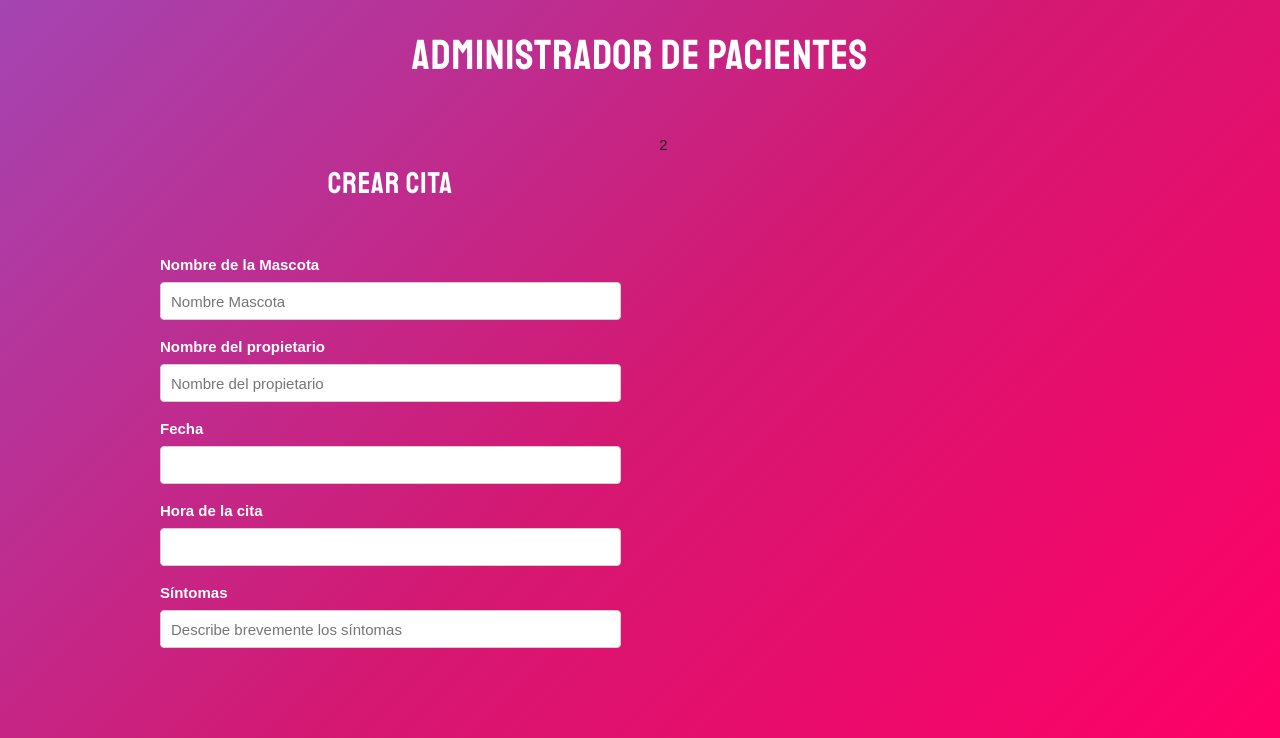
Repository: lmencos/pacientes
Page: /
These files come from the project's save history. The page is drawn as it stood at one moment and after the next save; the edit follows.
The browser window is 1280 px wide. The pictures show the whole page.
The project was rebuilt for these pictures with package versions that can differ from the ones it lists, and the page was loaded fresh each time.

Above is the page before, as saved 2020-08-10 17:49:54.

### src/index.css
html {
  min-height: 100%;
}
body {
  margin: 0;
  padding: 0;
  font-family: sans-serif;
  background-image: linear-gradient(-225deg, #A445B2 0%, #D41872 52%, #FF0066 100%);
  min-height: 100%;
  padding-bottom: 5rem;
}
h1, h2, h3, h4  {
  color: white;
  padding: 3rem 0;
  text-align: center;

  text-transform: uppercase;

  font-family: 'Staatliches', cursive;
  letter-spacing: 1px;
}
.lista-citas .media {
  border-bottom: 1px solid #e1e1e1;
  padding-bottom: 3rem;
}

.lista-citas .media:last-of-type{
  border-bottom: 0;
}
.lista-citas .media-body p {
  margin:0;
}
.lista-citas .media-body button {
  margin-top: 1rem!important;
}
.lista-citas .media-body span {
  font-weight: bold;
}

label {
  color: white;
}

input[type="date"],
input[type="time"] {
  height: 38px;
    padding: 6px 10px;
    background-color: #fff;
    border: 1px solid #D1D1D1;
    border-radius: 4px;
    box-shadow: none;
    box-sizing: border-box;
}

.cita {
  padding: 2rem;
  background: white;
  border-bottom: 1px solid #e1e1e1;
  color: black;
}

.cita p {
  font-weight: bold;
  margin-bottom: .8rem;
}
.cita p span {
  font-weight: normal;

}
.cita:first-of-type {
  border-top-left-radius: 1rem;
  border-top-right-radius: 1rem;
}
.cita:last-of-type {
  border-bottom-left-radius: 1rem;
  border-bottom-right-radius: 1rem;
}
.button.eliminar,
.button.eliminar:hover {
  background-color: #c10059;
  color: white;
  margin-top: 2rem;
}

.alerta-error {
  background-color: white;
  color: red;
  padding: 1rem;
  font-size: 2rem;
  text-transform: uppercase;
  text-align: center;
  font-family:  'Staatliches', cursive;
}

### src/App.js
import React, { Fragment } from 'react';
import Formulario from './components/Formulario';

function App() {
  return (
    <Fragment>
      <h2>Administrador de pacientes</h2>
      <div className="container">
        <div className="row">
          <div>
            <div className="one-half column">
              <Formulario

              />
            </div>
            <div className="one-half column">
              2
            </div>
          </div>
        </div>

      </div>
    </Fragment>
  );
}

export default App;

### src/components/Formulario.js
import React, { Fragment } from 'react';

const Formulario = () => {
  return (
    <Fragment>
      <h4>Crear cita</h4>
      <form action="">
        <label>Nombre de la Mascota</label>
        <input
          type="text"
          name="mascota"
          className="u-full-width"
          placeholder="Nombre Mascota"
        />
        <label>Nombre del propietario</label>
        <input
          type="text"
          name="propietario"
          className="u-full-width"
          placeholder="Nombre del propietario"
        />
        <label>Fecha</label>
        <input
          type="text"
          name="fecha"
          className="u-full-width"
        />
        <label>Hora de la cita</label>
        <input
          type="text"
          name="hora"
          className="u-full-width"
        />
        <label>Síntomas</label>
        <input
          type="text"
          name="sintomas"
          className="u-full-width"
          placeholder="Describe brevemente los síntomas"
        />
      </form>
    </Fragment>
   );
}

export default Formulario;

Loaded but not shown: public/index.html (common file); src/index.js (common file); src/serviceWorker.js (common file)

After the next save:
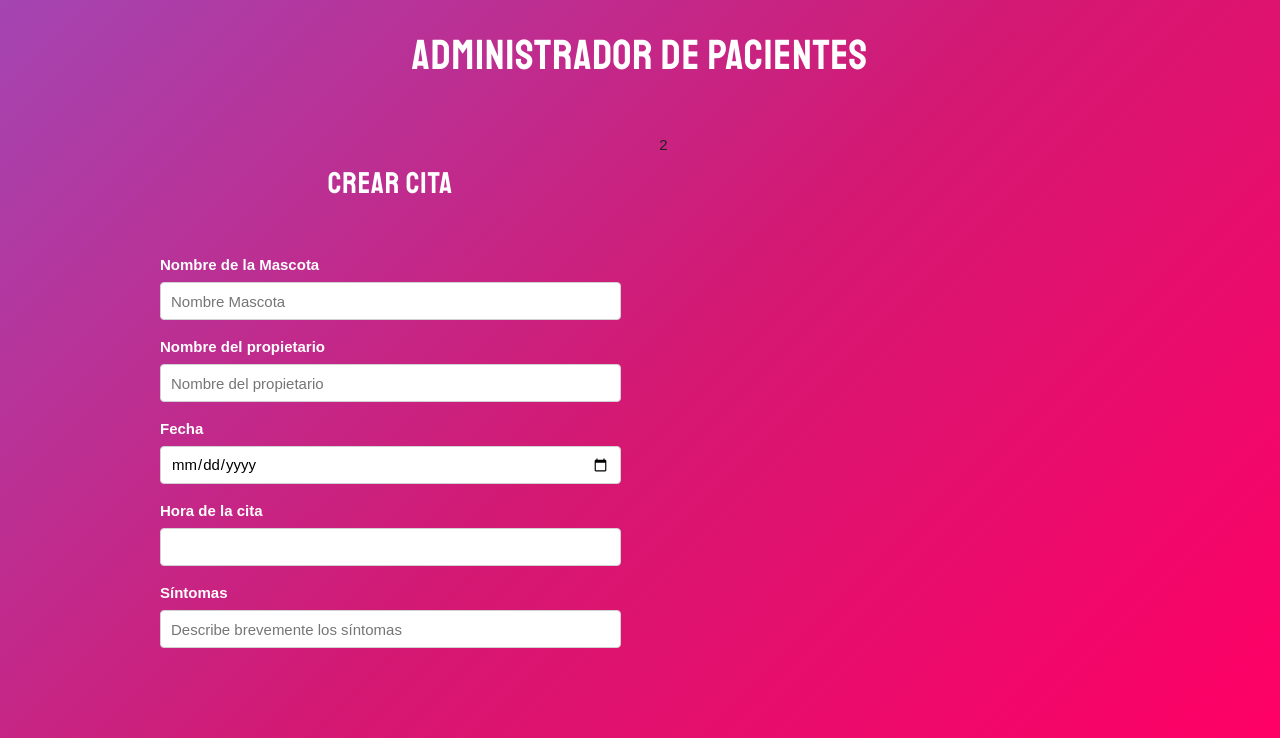
Saved 12 s later.
--- a/src/components/Formulario.js
+++ b/src/components/Formulario.js
@@ -21,7 +21,7 @@ const Formulario = () => {
         />
         <label>Fecha</label>
         <input
-          type="text"
+          type="date"
           name="fecha"
           className="u-full-width"
         />
